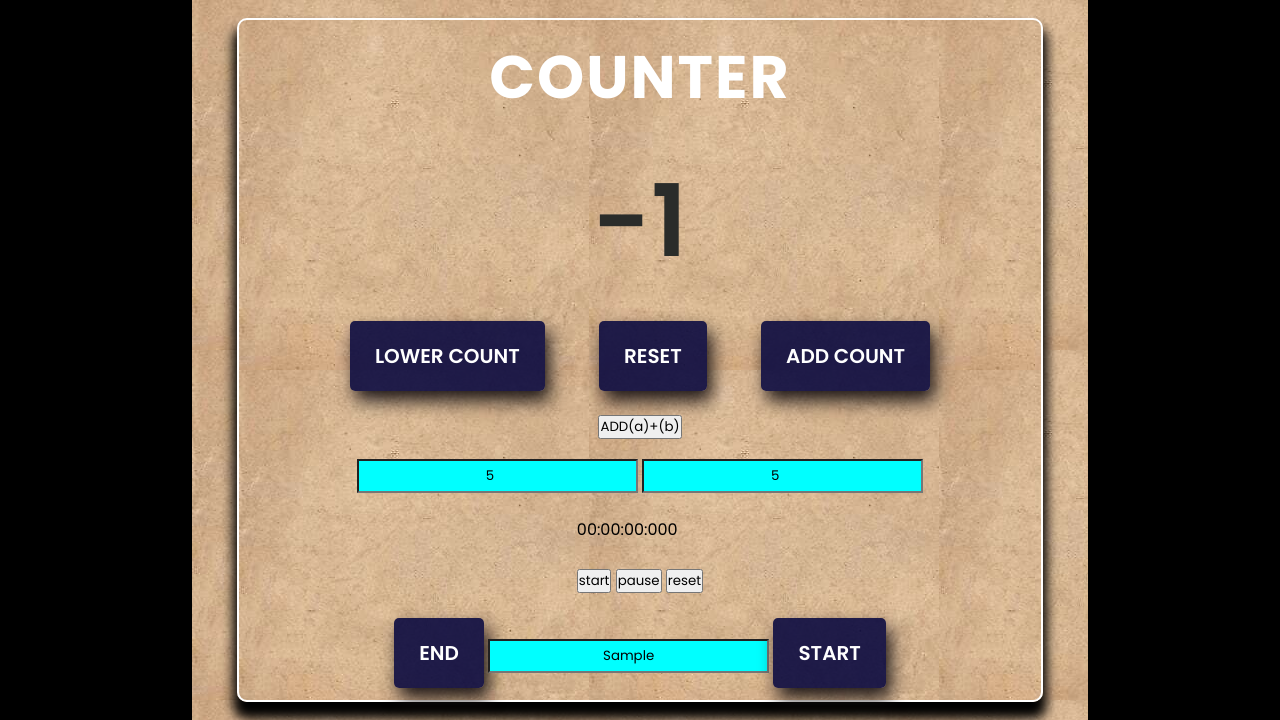
Repository: NarekTovmasyan/COUNTER
Page: index.html
An editor plug-in stored every save of this project. The page is shown before and after the next save, followed by the edit.
The browser window is 1280 px wide. The pictures show the whole page.
Empty fields were first filled with sample values (such as "Sample", 5 or name@example.com).
After loading, the first visible `button.leftButton` was clicked once.

Above is the page before, as saved 2022-02-19 00:15:44.

After the next save:
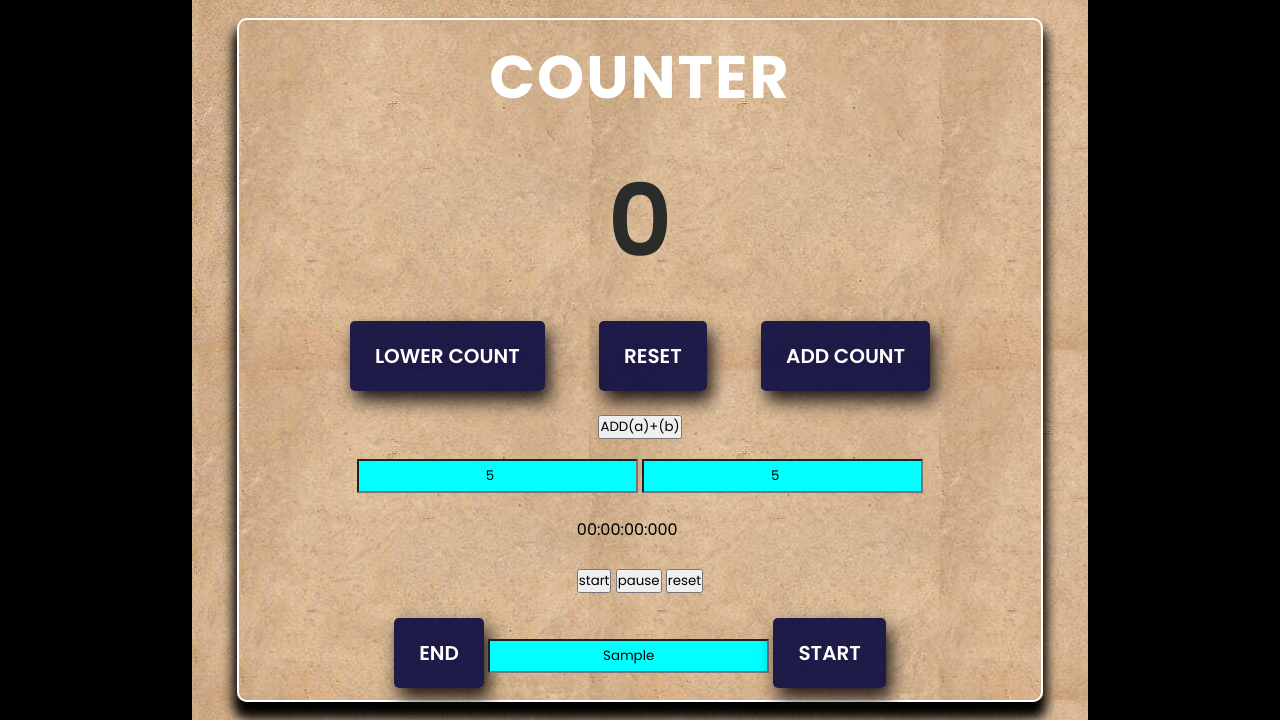
Console error: ReferenceError: i is not defined
Saved 26 min 34 s later.
--- a/script.js
+++ b/script.js
@@ -12,14 +12,14 @@ const fibonLeft = document.querySelector(".fibonLeft");
 const fibonRight = document.querySelector(".fibonRight");
 
 
-let i = 0;
+
 leftButton.addEventListener("click", function minus() {
-    i--;
+
     num.innerHTML = i;
 });
 
 rightButton.addEventListener("click", function pulus() {
-    i++;
+
     num.innerHTML = i;
 });
 
@@ -32,6 +32,13 @@ centerButton.addEventListener("click", function reset() {
     equals.innerText = "";
     valueOfSum.innerText = "";
 });
+
+function Construcktor() {
+    let count = 0;
+    this.up = function() {
+        return count++;
+    }
+}
 
 function add(a) {
     return function name(b) {
